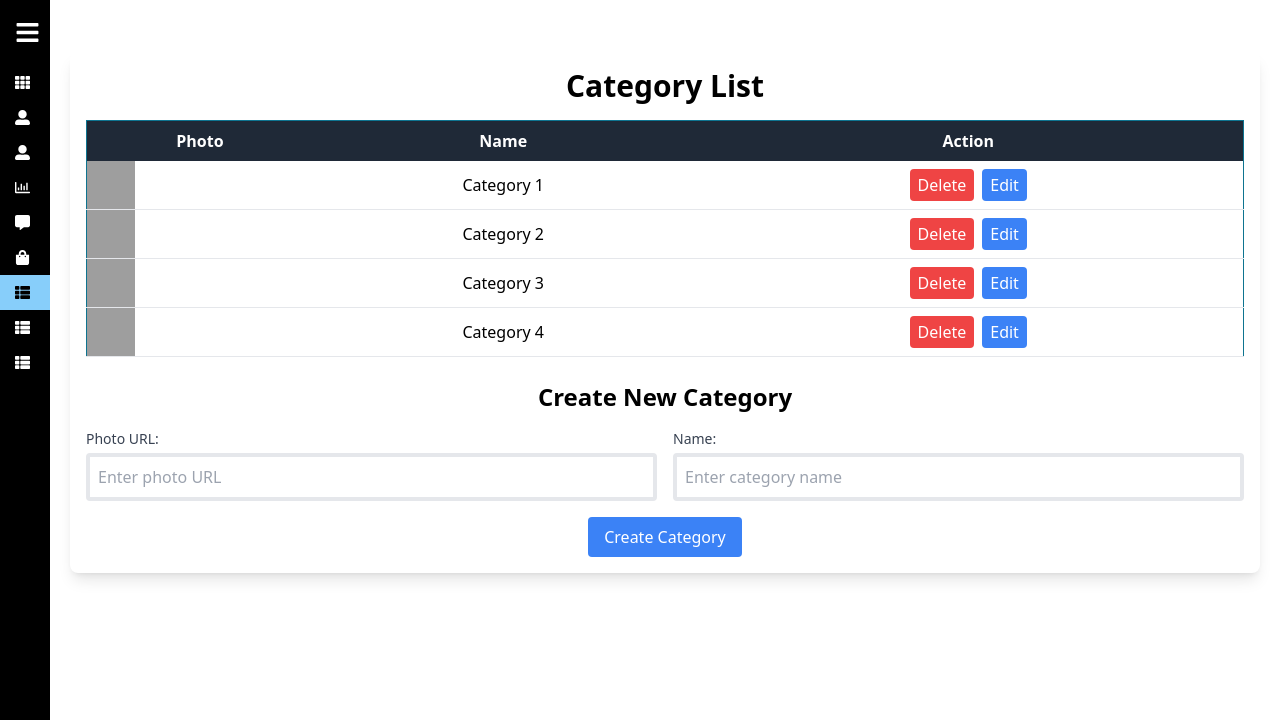
Repository: AndargWorku12/admin-dashboard
Page: /category
The author's editor kept a copy of each file at every save. The page is drawn from the files as they stood at one save, then again after the next save.
The browser window is 1280 px wide. The pictures show the whole page.
Pictures or frames that could not be fetched are drawn as grey boxes. The project was rebuilt for these pictures with package versions that can differ from the ones it lists, and the page was loaded fresh each time. Also part of the build but not shown: src/pages/Dashboard.tsx, src/pages/Orders.tsx, src/pages/Login.tsx, src/pages/Analytics.tsx, src/pages/CustemerReview.tsx, src/pages/ProductList.tsx, src/pages/ShopCard.tsx, src/pages/SignUpForm.tsx.

Above is the page before, as saved 2024-01-26 00:11:09.

After the next save:
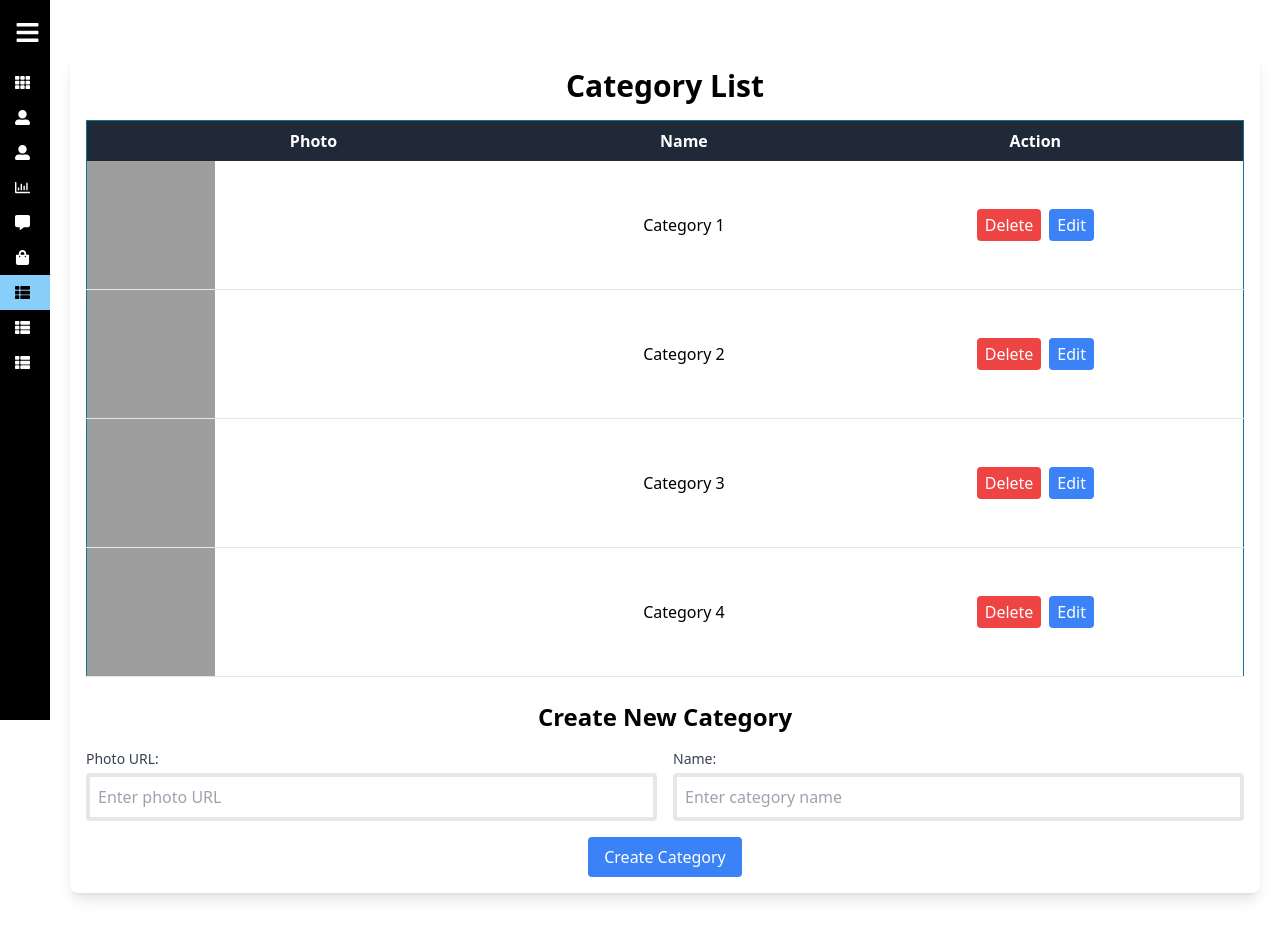
Saved 38 s later.
--- a/src/pages/Category.tsx
+++ b/src/pages/Category.tsx
@@ -64,7 +64,7 @@ const CategoryList: React.FC<CategoryListProps> = ({
           {categories.map((category) => (
             <tr key={category.id} className="border-b">
               <td>
-                <img src={category.photo} alt={category.name} className="w-12 h-12 object-cover" />
+                <img src={category.photo} alt={category.name} className="w-32 h-32 object-cover" />
               </td>
               <td className="py-2">{category.name}</td>
               <td className="py-2">
